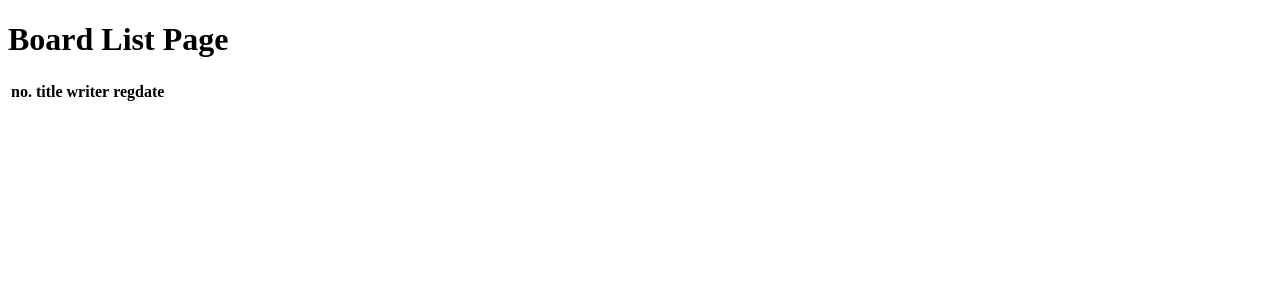
Repository: Umc404/jsp
Page: http://localhost/jsp_study/brd/list
An editor plug-in stored every save of this project. The page is shown before and after the next save, followed by the edit.
The browser window is 1280 px wide. The pictures show the whole page.
The page is served by Tomcat 9. Other server files are loaded and not shown. Queries for data that is not in the repository find no rows.

Above is the page before, as saved 2024-10-23 08:10:03.

### jsp_study/src/main/webapp/board/list.jsp
<%@ page language="java" contentType="text/html; charset=UTF-8"
    pageEncoding="UTF-8"%>
    <%@ taglib uri="http://java.sun.com/jsp/jstl/core" prefix="c" %>
<!DOCTYPE html>
<html>
<head>
<meta charset="UTF-8">
<title>Insert title here</title>
</head>
<body>
	<h1>Board List Page</h1>
	<table>
		<thead>
			<tr>
				<th>no.</th>
				<th>title</th>
				<th>writer</th>
				<th>regdate</th>
			</tr>
		</thead>
		<tbody>
			<c:forEach items="${list }" var="bvo">
				<tr>
					<td>${bvo.bno }</td>
					<td><a href="/brd/detail?bno=${bvo.bno }">${bvo.title }</a></td>
					<td>${bvo.writer }</td>
					<td>${bvo.regdate }</td>
				</tr>
			</c:forEach>
		</tbody>
	</table>
</body>
</html>

### jsp_study/src/main/java/controller/BoardController.java
package controller;

import java.io.IOException;
import java.util.List;

import javax.servlet.RequestDispatcher;
import javax.servlet.ServletException;
import javax.servlet.annotation.WebServlet;
import javax.servlet.http.HttpServlet;
import javax.servlet.http.HttpServletRequest;
import javax.servlet.http.HttpServletResponse;

import org.slf4j.Logger;
import org.slf4j.LoggerFactory;

import domain.BoardVO;
import service.BoardService;
import service.BoardServiceImpl;

@WebServlet("/brd/*")
public class BoardController extends HttpServlet {
	private static final long serialVersionUID = 1L;
    // 로그 객체 생성
	private static final Logger log = LoggerFactory.getLogger(BoardController.class);
	// jsp에서 받은 요청을 처리, 그 결과를 다른 jsp로 보내는 역할을 하는 객체
	private RequestDispatcher rdp;
	private String destPage; 	// 요청에 대한 응답. 응답할 jsp의 주소를 저장하는 변수
	private int isOk;			// db 구문 체크값 저장 변수
	private BoardService bsv;	// interface로 생성


    public BoardController() {
        // 생성자
    	bsv = new BoardServiceImpl();		// class로 생성(service package) bsv 구현체 객체 연결
    }

	protected void service(HttpServletRequest request, HttpServletResponse response) throws ServletException, IOException {
		// 실제 get post 요청 처리
		log.info("log 객체 test");
		System.out.println("sysout console test");

		//request, response 객체의 인코딩 설정
		request.setCharacterEncoding("utf-8");		// 요청 객체
		response.setCharacterEncoding("utf-8");		// 응답 객체
		// response jsp로 갈 응답 객체 => 화면을 생성해서 응답 => jsp 형식으로..
		// contentType="text/html; charset=UTF-8"
		response.setContentType("text/html; charset=UTF-8"); 	// html5 형식으로 보내라.

		String uri = request.getRequestURI();
		log.info(uri);		// brd/register

		String path = uri.substring(uri.lastIndexOf("/")+1);
		log.info(path);

		switch(path) {
		case "register":
			// 정보가 필요하다면... 정보를 DB에서 요청 request 객체에 싣고 보내기
			destPage = "/board/register.jsp";
			break;
		case "insert":
			try {
				log.info("insert case");
				// jsp 화면에서 보내온 파라미터 값을 저장 => Service 전송
				String title = request.getParameter("title");
				String writer = request.getParameter("writer");
				String content = request.getParameter("content");
				BoardVO bvo = new BoardVO(title, writer, content);
				log.info(">>>> bvo insert 객체 >>>> {}", bvo);

				isOk = bsv.register(bvo);
				log.info(">>>> bvo insert "+(isOk>0?"성공":"실패"));

				// 처리 후 목적지
				destPage = "/index.jsp";

			} catch (Exception e) {
				System.out.println("insert error");
				e.printStackTrace();
			}
			break;
		case "list":
			try {
				// 전체 리스트를 가지고 list.jsp 로 전달.
				List<BoardVO> list = bsv.getList();
				log.info(">>> list >>> {}", list);
				// request 객체에 파라미터로 값을 보내는 방법.
				request.setAttribute("list", list);
				destPage = "/board/list.jsp";

			} catch (Exception e) {
				log.info("list error.");
				e.printStackTrace();
			}
			break;
		case "detail": case "modify":
			try {
				int bno = Integer.parseInt(request.getParameter("bno"));
				BoardVO bvo = bsv.getDetail(bno);
				log.info(">>>> detail bvo >> {}",bvo);
				request.setAttribute("bvo", bvo);
//				if(path.equals("detail")) {
//					destPage = "/board/detail.jsp";
//				} else {
//					destPage = "/board/modify.jsp";
//				}
				destPage = "/board/" + path + ".jsp";
			} catch (Exception e) {
				log.info("detail error.");
				e.printStackTrace();
			}
			break;
		case "update":
			try {
				int bno = Integer.parseInt(request.getParameter("bno"));
				String title = request.getParameter("title");
				String content = request.getParameter("content");
				BoardVO bvo = new BoardVO(bno, title, content);
				log.info(">>>>>>>> bvo {}",bvo);
				int isOk = bsv.update(bvo);
				log.info(">>>> update >>>"+(isOk>0?"성공":"실패"));
				// 컨트롤러 내부 케이스는 /brd/ 따로 적을 필요가 없음.
				destPage = "detail";
			} catch (Exception e) {
				log.info("update error");
				e.printStackTrace();
			}
			break;
		case "delete":
			try {
				int bno = Integer.parseInt(request.getParameter("bno"));
				BoardVO bvo = new BoardVO(bno);
				int isOk = bsv.delete(bvo);
				log.info(">>>> delete >>>"+(isOk>0?"성공":"실패"));
				destPage = "list";
			} catch (Exception e) {
				log.info("delete error");
				e.printStackTrace();
			}
		}
		// 목적지 주소(destPage)로 데이터를 전달(RequestDispatcher)
		rdp = request.getRequestDispatcher(destPage);
		// 요청에 필요한 객체를 가지고 destPage에 적힌 경로로 이동.
		rdp.forward(request, response);
	}


	protected void doGet(HttpServletRequest request, HttpServletResponse response) throws ServletException, IOException {
		// get으로 들어오는 요청을 처리하는 메서드
		service(request, response);
	}

	protected void doPost(HttpServletRequest request, HttpServletResponse response) throws ServletException, IOException {
		// post로 들어오는 요청을 처리하는 메서드 => service를 호출하여 처리
		service(request, response);
	}

}

### jsp_study/src/main/java/service/BoardServiceImpl.java
package service;

import java.util.List;

import org.slf4j.Logger;
import org.slf4j.LoggerFactory;

import dao.BoardDAO;
import dao.BoardDAOImpl;
import domain.BoardVO;

public class BoardServiceImpl implements BoardService {
	private static final Logger log = LoggerFactory.getLogger(BoardServiceImpl.class);
	// dao 연결
	private BoardDAO bdao;

	public BoardServiceImpl() {
		bdao = new BoardDAOImpl();
	}

	@Override
	public int register(BoardVO bvo) {
		log.info("register service in");
		return bdao.insert(bvo);
	}

	@Override
	public List<BoardVO> getList() {

		return bdao.getList();
	}

	@Override
	public BoardVO getDetail(int bno) {
//		log.info("register service in");
		return bdao.getDetail(bno);
	}

	@Override
	public int update(BoardVO bvo) {
//		log.info("register service in");
		return bdao.update(bvo);
	}

	@Override
	public int delete(BoardVO bvo) {
		// TODO Auto-generated method stub
		return bdao.delete(bvo);
	}
}

### jsp_study/src/main/java/dao/BoardDAO.java
package dao;

import java.util.List;

import domain.BoardVO;

public interface BoardDAO {

	int insert(BoardVO bvo);

	List<BoardVO> getList();

	BoardVO getDetail(int bno);

	int update(BoardVO bvo);

	int delete(BoardVO bvo);

}

### jsp_study/src/main/java/dao/BoardDAOImpl.java
package dao;

import java.util.List;

import org.apache.ibatis.session.SqlSession;
import org.slf4j.Logger;
import org.slf4j.LoggerFactory;

import domain.BoardVO;
import orm.DatabaseBuilder;


public class BoardDAOImpl implements BoardDAO {
	private static final Logger log = LoggerFactory.getLogger(BoardDAOImpl.class);
	// DB와 연결 => mybatis 사용하여 연결 (mybaticConfig, db연결 클래스, mapper)

	// DB의 연결을 위한 객체
	private SqlSession sql;

	public BoardDAOImpl() {
		new DatabaseBuilder();
		sql = DatabaseBuilder.getFactory().openSession();
	}

	@Override
	public int insert(BoardVO bvo) {
		// mapper로 연결
		log.info(">>>> insert DAO in.");

		// sql.insert(mapper의 namespace.id, 객체);
		// insert / update / delete 구문은 commit 필요
		int isOk = sql.insert("BoardMapper.add",bvo);
		if(isOk > 0) {
			sql.commit();
		}
		return isOk;
	}

	@Override
	public List<BoardVO> getList() {
		log.info(">>>> getList DAO in.");
		return sql.selectList("BoardMapper.list");
	}

	@Override
	public BoardVO getDetail(int bno) {
		log.info(">>>> getDetail DAO in");
		return sql.selectOne("BoardMapper.detail", bno);
	}

	@Override
	public int update(BoardVO bvo) {
		log.info(">>>> update DAO in");
		int isOk = sql.update("BoardMapper.up",bvo);
		if(isOk>0) {sql.commit(); }
		return 0;
	}

	@Override
	public int delete(BoardVO bvo) {
		log.info(">>>> delete DAO in");
		int isOk = sql.delete("BoardMapper.del",bvo);
		if(isOk>0) {sql.commit(); }
		return 0;
	}

}

### jsp_study/src/main/java/orm/DatabaseBuilder.java
package orm;

import org.apache.ibatis.io.Resources;
import org.apache.ibatis.session.SqlSessionFactory;
import org.apache.ibatis.session.SqlSessionFactoryBuilder;

public class DatabaseBuilder {
	private static SqlSessionFactory factory;
	private static final String CONFIG = "orm/mybatisConfig.xml";

	// 초기화 블럭을 사용하여 객체 생성 후 초기화
	static {
		try {
			factory = new SqlSessionFactoryBuilder().build(
					Resources.getResourceAsReader(CONFIG));


		} catch (Exception e) {
			e.printStackTrace();
		}
	}

	public static SqlSessionFactory getFactory() {
		return factory;
	}


















}

### jsp_study/src/main/java/domain/BoardVO.java
package domain;

public class BoardVO {
	private int bno;
	private String title;
	private String writer;
	private String content;
	private String regdate;
	private String moddate;

	public BoardVO() {}

	// insert : title, writer, content
	public BoardVO(String title, String writer, String content) {
		this.title = title;
		this.writer = writer;
		this.content = content;
	}

	// list : bno, title, writer, moddate
	public BoardVO(int bno, String title, String writer, String moddate) {
		this.bno = bno;
		this.title = title;
		this.writer = writer;
		this.moddate = moddate;
	}

	// update : bno, title, content
	public BoardVO(int bno, String title, String content) {
		this.bno = bno;
		this.title = title;
		this.content = content;
	}

	// detail : all
	public BoardVO(int bno, String title, String writer, String content, String regdate, String moddate) {
		this.bno = bno;
		this.title = title;
		this.writer = writer;
		this.content = content;
		this.regdate = regdate;
		this.moddate = moddate;
	}
	// delete : bno
	public BoardVO(int bno) {
		this.bno = bno;
	}
	@Override
	public String toString() {
		return "제목 : " + title + "\n작성자 : " + writer +  "\t작성 날짜 : " + regdate+"(최근수정일 : " + moddate + ")"
				+ "내용\n" + content ;
	}

	// getter / setter
	public int getBno() {
		return bno;
	}

	public void setBno(int bno) {
		this.bno = bno;
	}

	public String getTitle() {
		return title;
	}

	public void setTitle(String title) {
		this.title = title;
	}

	public String getWriter() {
		return writer;
	}

	public void setWriter(String writer) {
		this.writer = writer;
	}

	public String getContent() {
		return content;
	}

	public void setContent(String content) {
		this.content = content;
	}

	public String getRegdate() {
		return regdate.substring(0,11);
	}

	public void setRegdate(String regdate) {
		this.regdate = regdate;
	}

	public String getModdate() {
		return moddate.substring(0,11);
	}

	public void setModdate(String moddate) {
		this.moddate = moddate;
	}

}

### jsp_study/src/main/java/domain/CommentVO.java
package domain;

public class CommentVO {

//			 cno int auto_increment
//			 bno int not null
//			 content varchar(2000)
//			 writer varchar(500) default "unknown"
//			 regdate datetime default now()

	private int cno;
	private int bno;
	private String content;
	private String writer;
	private String regdate;

	public CommentVO() {}

	// 등록 : bno, content, writer
	public CommentVO(int bno, String content, String writer) {
		this.bno = bno;
		this.content = content;
		this.writer = writer;
	}
	// 수정 : cno, content
	public CommentVO(int cno, String content) {
		this.cno = cno;
		this.content = content;
	}
	// 리스트(all)
	public CommentVO(int cno, int bno, String content, String writer, String regdate) {
		this.cno = cno;
		this.bno = bno;
		this.content = content;
		this.writer = writer;
		this.regdate = regdate;
	}



	@Override
	public String toString() {
		return "CommentVO [cno=" + cno + ", bno=" + bno + ", content=" + content + ", writer=" + writer + ", regdate="
				+ regdate + "]";
	}

	// getter / setter
	public int getCno() {
		return cno;
	}

	public void setCno(int cno) {
		this.cno = cno;
	}

	public int getBno() {
		return bno;
	}

	public void setBno(int bno) {
		this.bno = bno;
	}

	public String getContent() {
		return content;
	}

	public void setContent(String content) {
		this.content = content;
	}

	public String getWriter() {
		return writer;
	}

	public void setWriter(String writer) {
		this.writer = writer;
	}

	public String getRegdate() {
		return regdate;
	}

	public void setRegdate(String regdate) {
		this.regdate = regdate;
	}


}

After the next save:
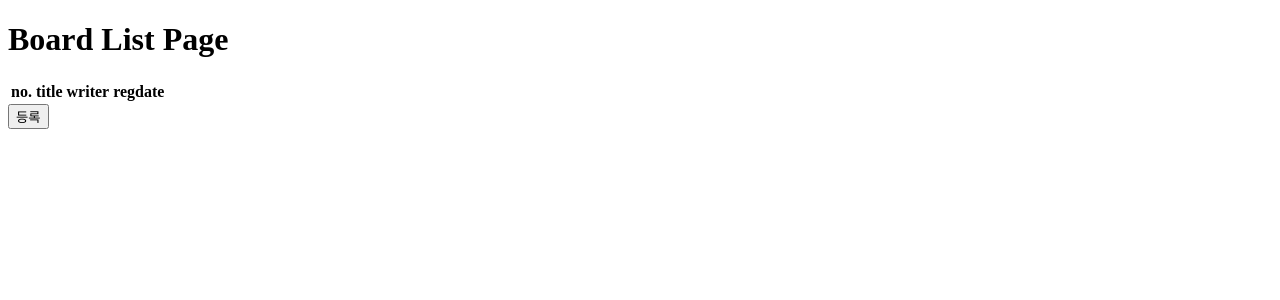
Saved 54 s later.
--- a/jsp_study/src/main/webapp/board/list.jsp
+++ b/jsp_study/src/main/webapp/board/list.jsp
@@ -29,5 +29,6 @@
 			</c:forEach>
 		</tbody>
 	</table>
+	<a href="/brd/register"><button type="button">등록</button></a>
 </body>
 </html>
